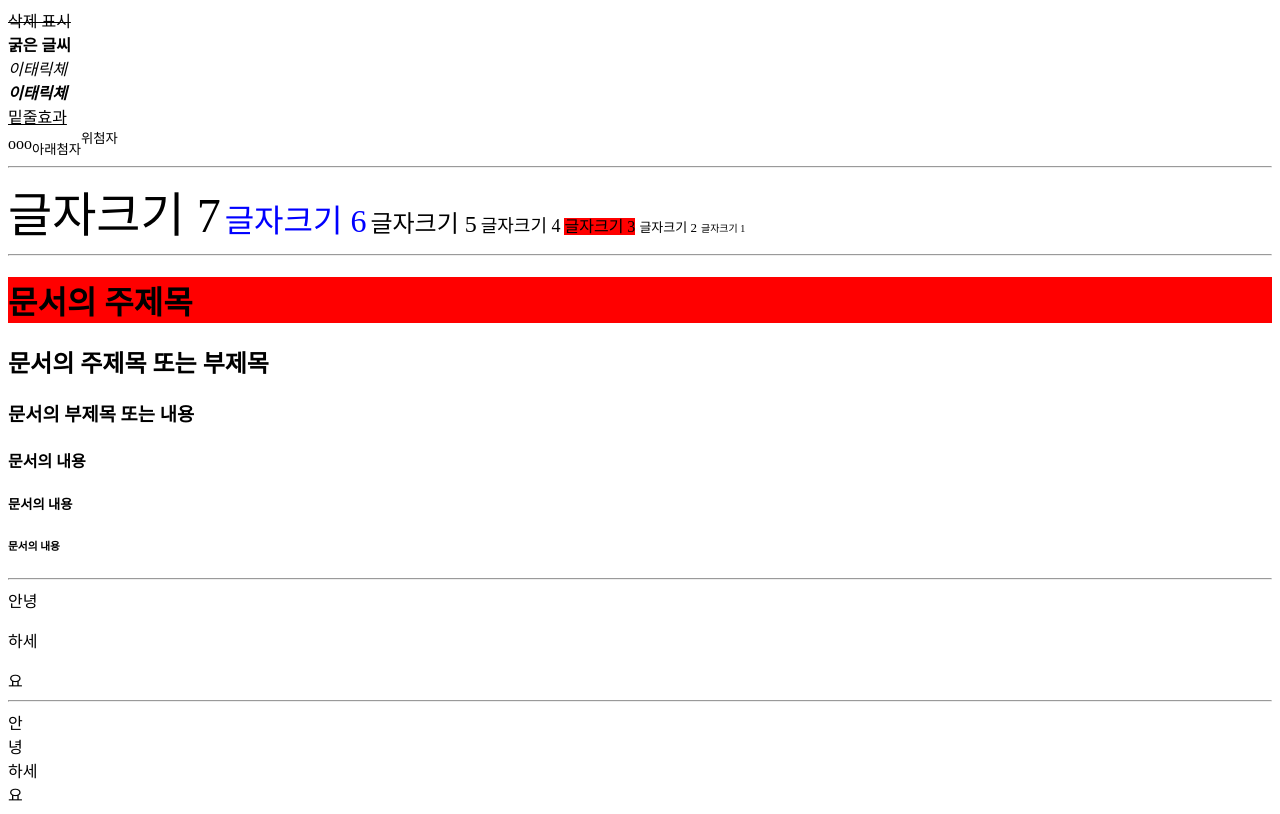
Repository: hui-Joo/html
Page: html/day01.html
The author's editor kept a copy of each file at every save. The page is drawn from the files as they stood at one save, then again after the next save.
The browser window is 1280 px wide. The pictures show the whole page.

Above is the page before, as saved 2021-10-04 05:13:27.

### html/day01.html
<!DOCTYPE html>
<html>
<head>
<meta charset="utf-8"> <!-- 이건 없어됨 꺽쇠 느낌표 바바가 주석임 -->
<title>Insert title here</title>
</head>
<!--
<body text="white" bgcolor="black">
-->
<body>

<strike>삭제 표시</strike><br>
<b>굵은 글씨</b><br>
<i>이태릭체</i><br>
<i><b>이태릭체</b></i><br>
<u>밑줄효과</u><br>
ooo<sub>아래첨자</sub><sup>위첨자</sup>

<hr>

<font size="7">글자크기 7</font>
<font size="6" face="궁서체" color='blue'>글자크기 6</font>
<font size="5">글자크기 5</font>
<font size="4">글자크기 4</font>
<font size="3" style="background-color: red;">글자크기 3</font>
<font size="2">글자크기 2</font>
<font size="1">글자크기 1</font>

<hr>

<h1 style="background-color: red;">문서의 주제목</h1>
<h2>문서의 주제목 또는 부제목</h2>
<h3>문서의 부제목 또는 내용</h3>
<h4>문서의 내용</h4>
<h5>문서의 내용</h5>
<h6>문서의 내용</h6>

<hr>
	안녕
	<p>하세</p>
	요
<hr>
	안<br>녕<br>
	하세<br>
	요
<!--
	안녕하세요~
-->
</body>
</html>

After the next save:
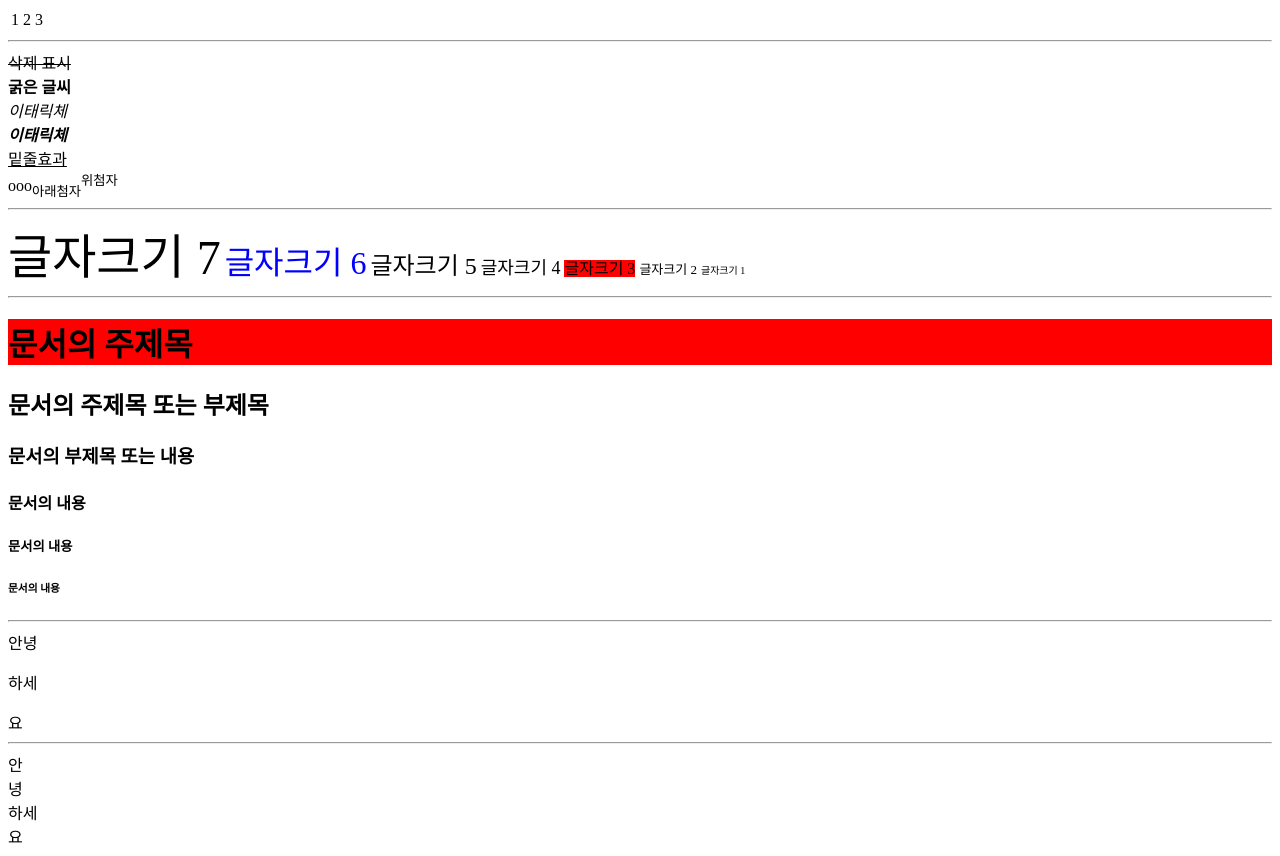
Saved 4 min 45 s later.
--- a/html/day01.html
+++ b/html/day01.html
@@ -8,6 +8,15 @@
 <body text="white" bgcolor="black">
 -->
 <body>
+
+<table>
+	<tr>
+		<td>1</td><td>2</td><td>3</td>
+
+	</tr>
+</table>
+
+<hr>
 
 <strike>삭제 표시</strike><br>
 <b>굵은 글씨</b><br>
